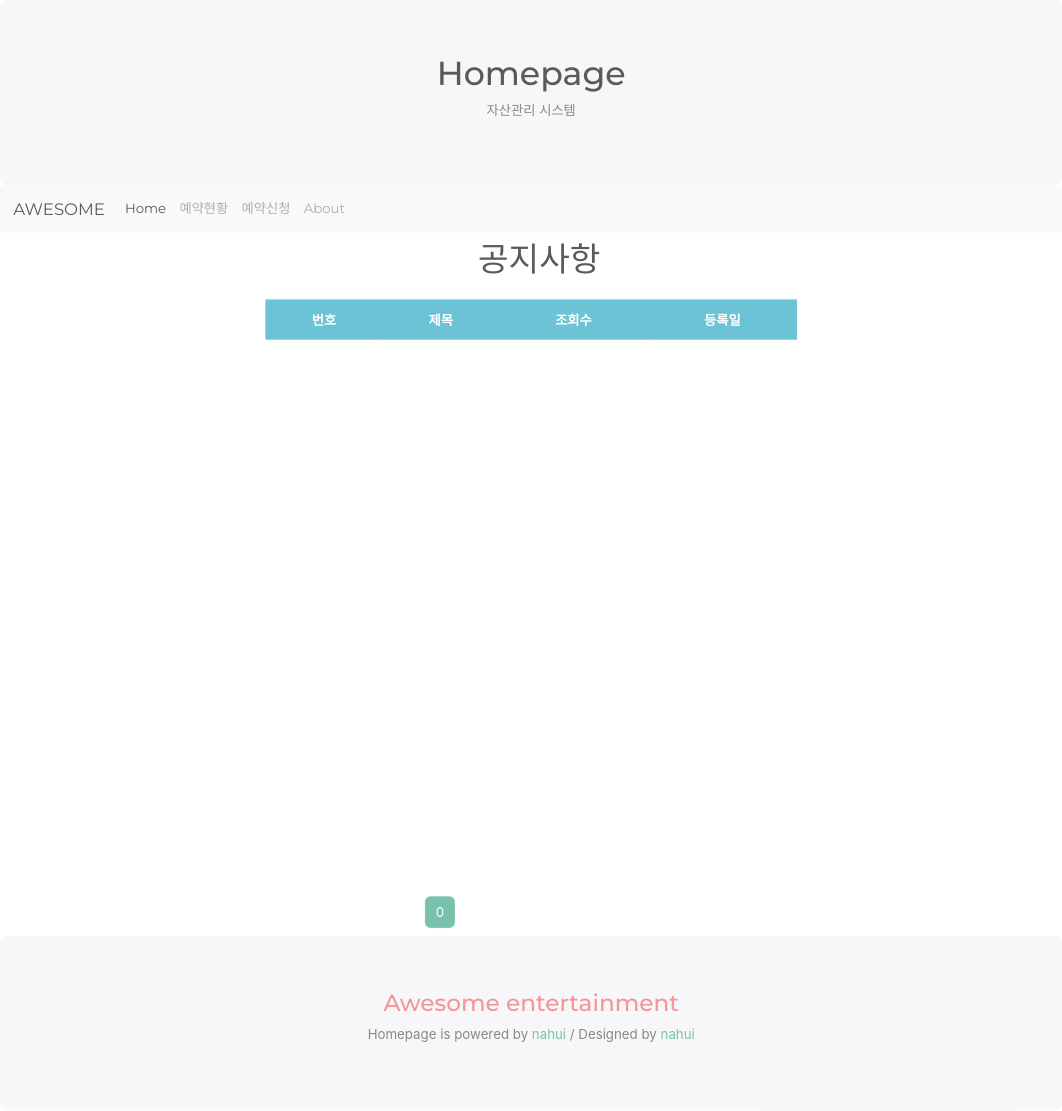
Repository: Nahui068/project1
Page: http://localhost/project1/WEB-INF/views/main.jsp
These files come from the project's save history. The page is drawn as it stood at one moment and after the next save; the edit follows.
The browser window is 1280 px wide. The pictures show the whole page, at 83% of full size.
The page is served by Tomcat 9. Nobody is signed in. The template is opened directly, without the code that normally fills it, so the values that code supplies are empty.

Above is the page before, as saved 2021-01-07 02:06:45.

After the next save:
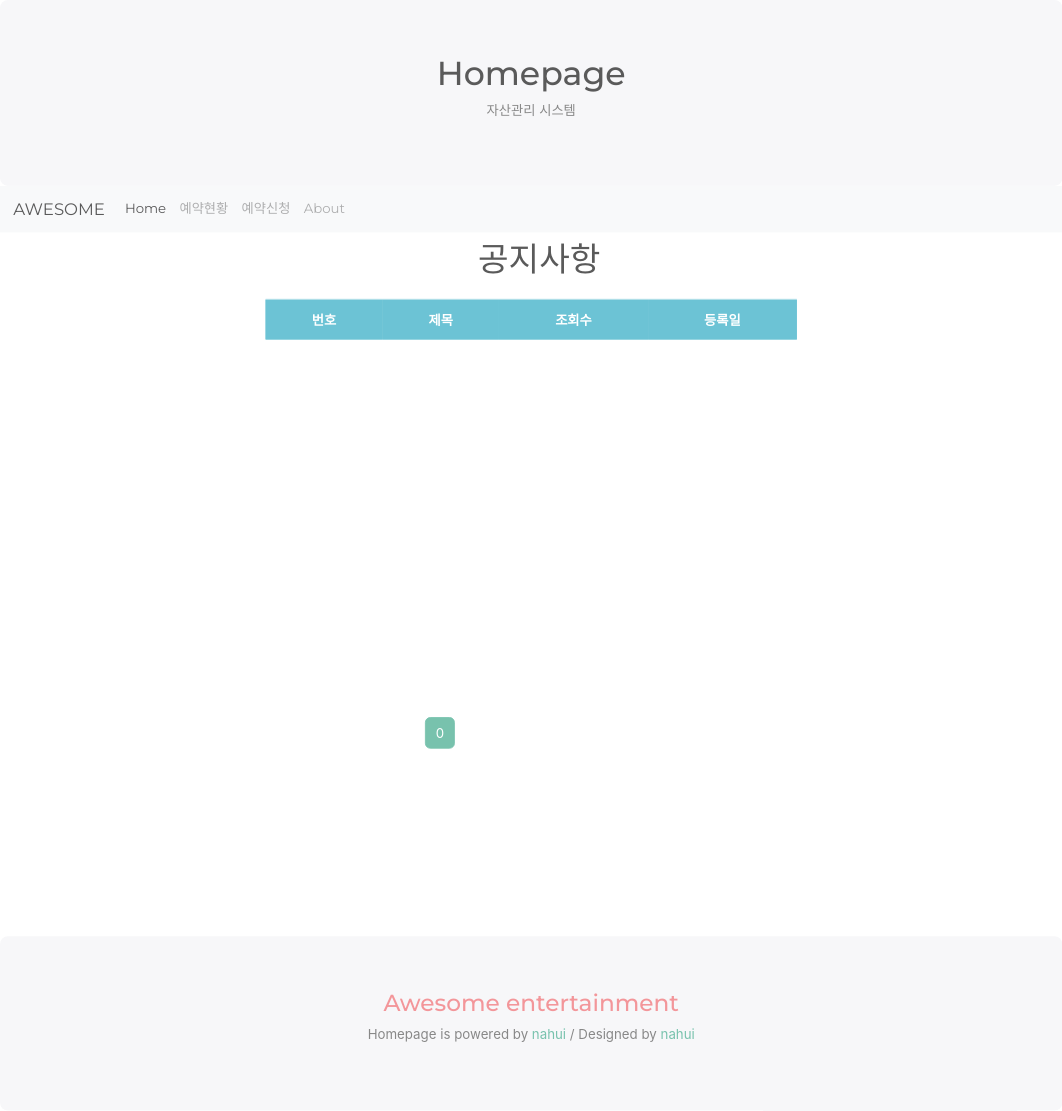
Saved 13 s later.
--- a/project1/src/main/webapp/WEB-INF/views/main.jsp
+++ b/project1/src/main/webapp/WEB-INF/views/main.jsp
@@ -81,7 +81,7 @@
 
 	</table>
 
-		<ul class="pagination" style="position:absolute; top:150%; left:40%; width:50%;">
+		<ul class="pagination" style="position:absolute; top:120%; left:40%; width:50%;">
 			<c:if test="${pagination.prev}">
 
 				<li class="page-item"><a class="page-link" href="#" onClick="fn_prev('${pagination.page}', '${pagination.range}', '${pagination.rangeSize}')">Previous</a></li>
